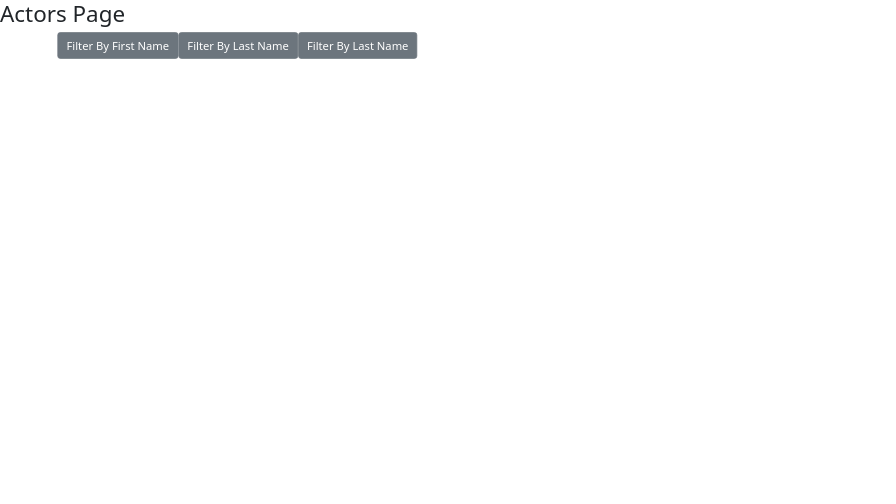
Repository: shuroo/FECourse-react-movieapp
Page: /
The author's editor kept a copy of each file at every save. The page is drawn from the files as they stood at one save, then again after a run of saves.
The browser window is 1280 px wide. The pictures show the part of the page from y = 0 to 1920 px (the page is 720 px tall before and 7818 px after), at 70% of full size.
The project was rebuilt for these pictures with package versions that can differ from the ones it lists, and the page was loaded fresh each time. Also part of the build but not shown: src/App.css.

Above is the page before, as saved 2021-07-25 15:10:52.

### src/App.js
import logo from './logo.svg';
import './App.css';
import React, { useState } from 'react';
import 'bootstrap/dist/css/bootstrap.min.css';
import ActorsPage from './pages/ActorsPage';

function App() {
    return <ActorsPage / >
};

export default App;

### src/pages/ActorsPage.jsx
import React, { useState } from 'react';
import ActorModel from '../model/ActorModel';
import CardComponent from "../components/CardComponent";
//import SortComponent from "../components/SortComponent";
import ImgGallery from "../components/ImgGallery";
import 'bootstrap/dist/css/bootstrap.min.css';
import Button from 'react-bootstrap/Button';
import InputGroup from 'react-bootstrap/InputGroup';
import Row from 'react-bootstrap/Row';
import Container from 'react-bootstrap/Container';


function ActorsPage() {

    const allActors = [ new ActorModel("Angelina", "Jolie", new Date("04/06/1975"), "./angeline.jpg", "https://www.imdb.com/name/nm0001401/"),
    new ActorModel("Brad", "Pitt", new Date("04/06/1975"), "./brad_pitt.jpg", "https://www.imdb.com/name/nm0000093/"),
    new ActorModel("Mattew", "Mecconohew", new Date("04/06/1975"), "./mattehew_mecc.jpeg","https://www.imdb.com/name/nm0000190/"),
    new ActorModel("Sandra", "Bullock", new Date("04/06/1975"), "./sandra_bullock.jpg", "https://www.imdb.com/name/nm0000113/"),
    new ActorModel("Gal", "Gadot", new Date("04/06/1975"), "./gal_gadot.jpg", "https://www.imdb.com/name/nm0000113/")];

    const [actors, setActors] = useState(
        allActors
        )


    // firstName, lastName, birthday, image, imdbLink

    const [filterText, setFilterText] = useState("")
    const [sortCriteria, setSortCriteria] = useState("")

    function filterTextByEvent(e){
        let text = e.target.value;
        setFilterText(text);
        if(text === ""){
            setActors(allActors);
        }
    }
    function filterByFirstName(){
        let actorsFiltered = [...actors].filter(a=>a.firstName.startsWith(filterText));
        setActors(actorsFiltered);
    }

    function filterByLastName(){
         setActors(actors.filter(a=>a.lastName.startsWith(filterText)));
    }



    return (
        <div >
            <h2>Actors Page</h2>
            <Container>
            <InputGroup  type="text" value={filterText} onChange={(e)=>filterTextByEvent(e)}   placeholder="Filter Actors!"></InputGroup>
            <Button variant="secondary" onClick={filterByFirstName}>Filter By First Name</Button>
            <Button variant="secondary" onClick={filterByLastName}>Filter By Last Name</Button>
            <Button variant="secondary"  onClick={filterByLastName}>Filter By Last Name</Button>
            <Row> <ImgGallery actors={actors}/> </Row>
            </Container>

        </div>
    );
}

export default ActorsPage;

### src/model/ActorModel.jsx
class ActorModel{

    constructor(firstName, lastName, birthday, image, imdbLink){

        this.firstName = firstName;
        this.lastName = lastName;
        this.birthday = birthday;
        this.image = image;
        this.imdbLink = imdbLink;
        this.age = this.age.bind(this);
    }

    age(){
        var thisyear = new Date().getFullYear();
        var birthyear = this.birthday.getFullYear();
        return (thisyear - birthyear);
    }
}

export default ActorModel;

### src/components/ImgGallery.jsx
import React from "react";
import './CardComponent.css';

function ImgGallery({actorsHtml}){


return(
<div className="gallery">{actorsHtml}</div>

)

}

export default ImgGallery;

### src/components/CardComponent.css
.actorImg {
    border-radius: 25%;
    object-fit: cover;
    height: 150px;
}

.col {
    display: flex;
    justify-content: space-around;
    align-items: flex-start;
    flex-basis: 15%;
}

.gallery {
    display: flex;
    align-items: stretch;
}

### src/components/CardComponent.jsx
import React from "react";
import './CardComponent.css';
import Card from 'react-bootstrap/Card'

function CardComponent({actor}) {

	return (

<Card>
<Card.Img variant="top" src={actor.image} alt={actor.firstName+" "+actor.lastName} />
<Card.Body>
  <Card.Title>{actor.firstName} {actor.lastName}</Card.Title>
  <Card.Text>
  {actor.age()}
    </Card.Text>

</Card.Body>
</Card>
	)
}

export default CardComponent;

Loaded but not shown: public/index.html (common file); src/index.js (common file); src/index.css (common file); src/reportWebVitals.js (common file)

After the next 3 saves:
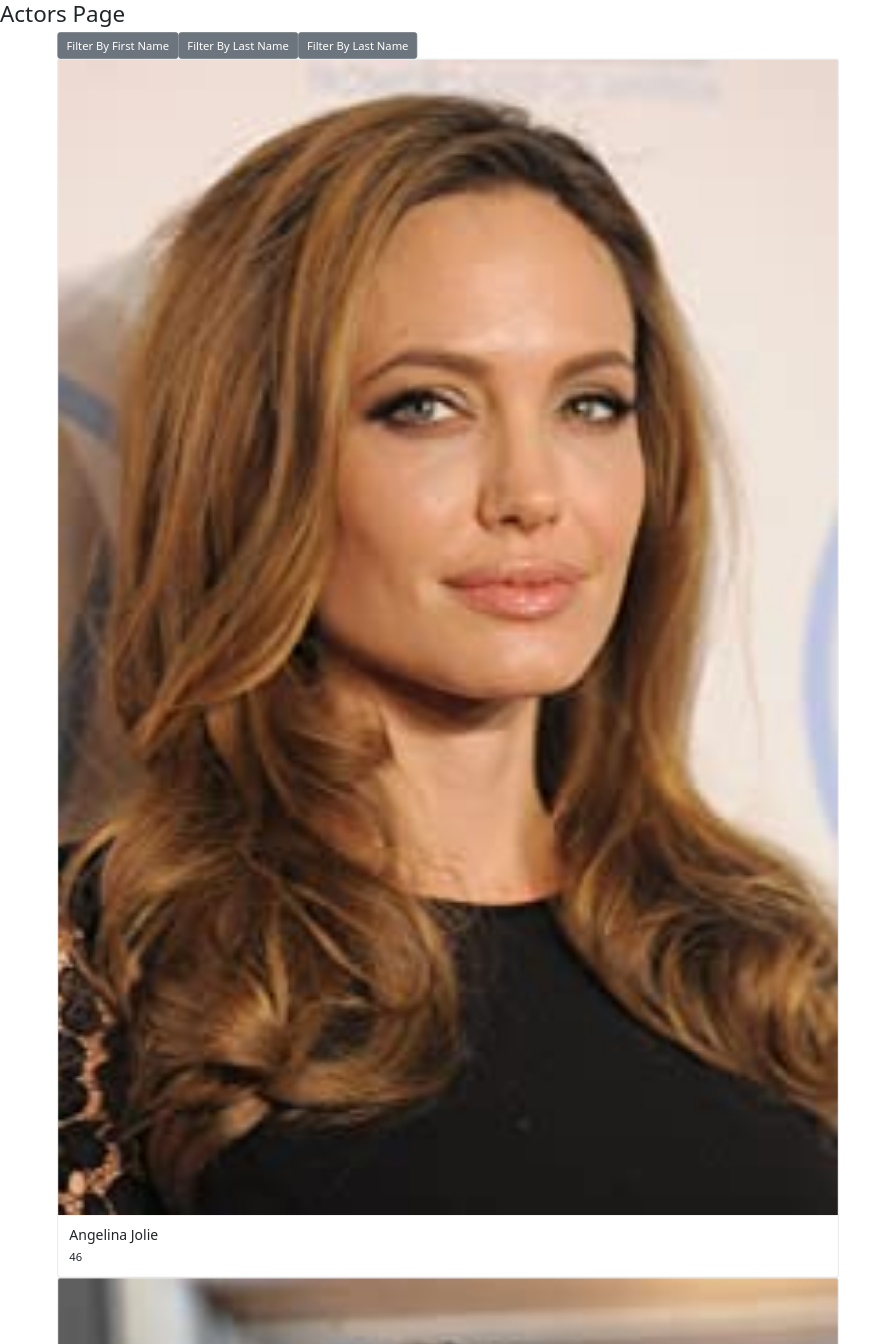
The 3 saves are shown as one change because 2 did not build or start.
The last was saved 57 s later.
--- a/src/pages/ActorsPage.jsx
+++ b/src/pages/ActorsPage.jsx
@@ -1,6 +1,5 @@
 import React, { useState } from 'react';
 import ActorModel from '../model/ActorModel';
-import CardComponent from "../components/CardComponent";
 //import SortComponent from "../components/SortComponent";
 import ImgGallery from "../components/ImgGallery";
 import 'bootstrap/dist/css/bootstrap.min.css';
--- a/src/components/ImgGallery.jsx
+++ b/src/components/ImgGallery.jsx
@@ -1,11 +1,15 @@
 import React from "react";
 import './CardComponent.css';
+import CardComponent from "../components/CardComponent";
 
-function ImgGallery({actorsHtml}){
+function ImgGallery({actors}){
+
+    let actorsHtml = actors.map(act=><CardComponent key={act.firstName+"1"} actor={act}/>)
+    /** <SortComponent actors={actors} setSortCriteria={setSortCriteria} sortCriteria={sortCriteria} setActors={setActors} />**/
 
 
 return(
-<div className="gallery">{actorsHtml}</div>
+<div>{actorsHtml}</div>
 
 )
 
